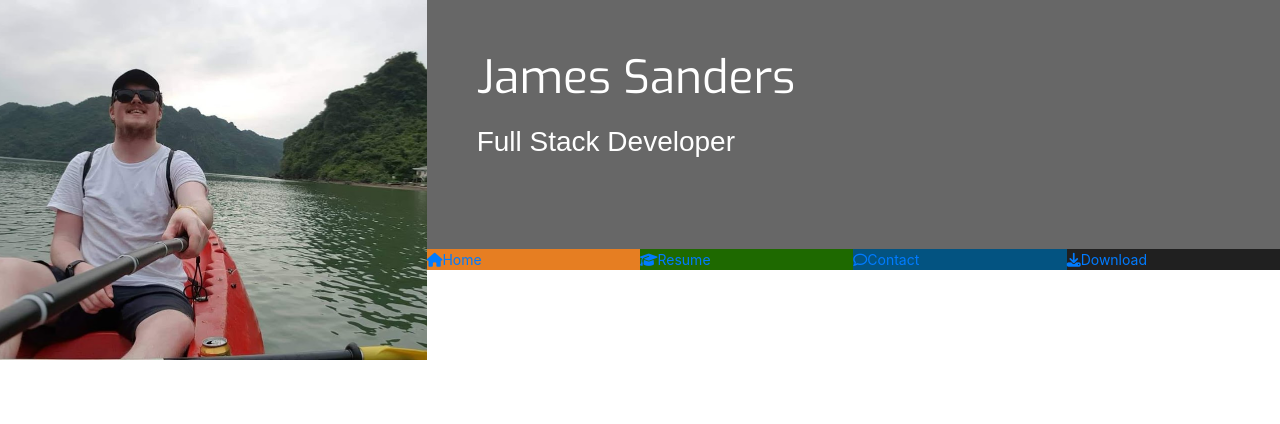
Repository: JaySanders95/my-online-resume
Page: index.html
The author's editor kept a copy of each file at every save. The page is drawn from the files as they stood at one save, then again after the next save.
The browser window is 1280 px wide. The pictures show the whole page.
Some web fonts or font styles are not loaded; a fallback is used. Some web libraries are served in a nearby version.

Above is the page before, as saved 2023-04-19 15:50:53.

### index.html
<!DOCTYPE html>
<html lang="en">
<head>
    <meta charset="UTF-8">
    <meta http-equiv="X-UA-Compatible" content="IE=edge">
    <meta name="viewport" content="width=device-width, initial-scale=1.0">
    <link rel="stylesheet" href="https://cdn.jsdelivr.net/npm/@fortawesome/fontawesome-free@6.2.1/css/fontawesome.min.css" integrity="sha384-QYIZto+st3yW+o8+5OHfT6S482Zsvz2WfOzpFSXMF9zqeLcFV0/wlZpMtyFcZALm" crossorigin="anonymous">
    <link rel="stylesheet" href="https://cdn.jsdelivr.net/npm/bootstrap@4.6.2/dist/css/bootstrap.min.css" integrity="sha384-xOolHFLEh07PJGoPkLv1IbcEPTNtaed2xpHsD9ESMhqIYd0nLMwNLD69Npy4HI+N" crossorigin="anonymous">
    <link rel="stylesheet" href="assets/css/style.css">
    <title>James Sanders' Resume</title>
</head>
<body>
    <header>
        <div class="row no-gutters">
            <a href="index.html" class="col-md-4 logo">

            </a>
            <div class="col-md-8">
                <div class="row bg-color-name-title no-gutters">
                    <div class="col heading">
                        <h1 class="name">James Sanders</h1>
                        <h2 class="title">Full Stack Developer</h2>

                    </div>
                </div>
                <div class="row no-gutters">
                    <div class="col">
                        <ul id="nav" class="list-inline menucontainer">
                            <li class="col-6 col-sm-3 ui-menu-color-home list-inline-item menuitem">
                                <a href="#"><i class="fa fa-home" aria-hidden="true"></i><span>Home</span></a>
                            </li>
                            <li class="col-6 col-sm-3 ui-menu-color-resume list-inline-item menuitem">
                                <a href="#"><i class="fa fa-graduation-cap" aria-hidden="true"></i><span>Resume</span></a>
                            </li>
                            <li class="col-6 col-sm-3 ui-menu-color-contact list-inline-item menuitem">
                                <a href="#"><i class="fa fa-comment-o" aria-hidden="true"></i><span>Contact</span></a>
                            </li>
                            <li class="col-6 col-sm-3 ui-menu-color-download list-inline-item menuitem">
                                <a href="#"><i class="fa fa-download" aria-hidden="true"></i><span>Download</span></a>
                            </li>
                        </ul>
                    </div>
                </div>
            </div>
        </div>
    </header>
    <section>

    </section>
    <footer>

    </footer>
    <script src="https://kit.fontawesome.com/c80cd6a143.js" crossorigin="anonymous"></script>
</body>
</html>

### assets/css/style.css
@import url('https://fonts.googleapis.com/css2?family=Anuphan:100,200,300,400,500,600,700wght@300&family=Exo:100,200,300,400,500,600,700ital,wght@1,300&display=swap');
.bg-color-name-title {
    background-color:#676767;
}


.ui-menu-color-home {
    background-color: #e67e22;
}

.ui-menu-color-resume {
    background-color: #1e6900;
}

.ui-menu-color-contact {
    background-color: #035381;
}

.ui-menu-color-download {
    background-color: #202020;
}

header {
    margin: 0;
}

.heading {
    margin-left: 50px;
}

.logo {
    background: url(../images/me.png);
    background-position: center;
    background-repeat: no-repeat;
    background-size: cover;
    min-height: 360px;
    transition: all .5s ease-in-out;
    -moz-transition: all .5s ease-in-out;
    -webkit-transition: all .5s ease-in-out;
}

.name {
    font-family: 'Exo', sans-serif;
    font-weight: 100;
    font-size: 46px;
    margin-top: 50px;
    color: #fff;
}

.title {
    font-family: 'Anuphan', sans-serif;
    font-weight: 200;
    font-size: 28px;
    margin-top: 20px;
    margin-bottom: 90px;
    color: #fff;
}

.list-inline-item:not(:last-child) {
    margin: 0;
}

.menucontainer {
    font-size: 0;
}

#nav li {
    font-size: 14px;
    padding: 0;
}

After the next save:
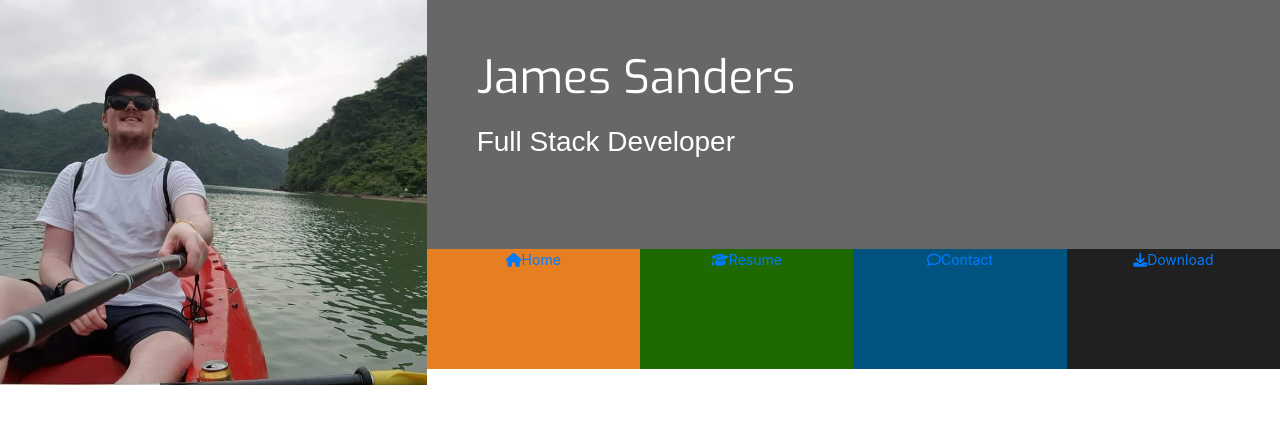
Saved 52 s later.
--- a/assets/css/style.css
+++ b/assets/css/style.css
@@ -68,3 +68,9 @@ header {
     font-size: 14px;
     padding: 0;
 }
+
+.menuitem {
+    height: 120px;
+    text-align: center;
+    padding: o;
+}
